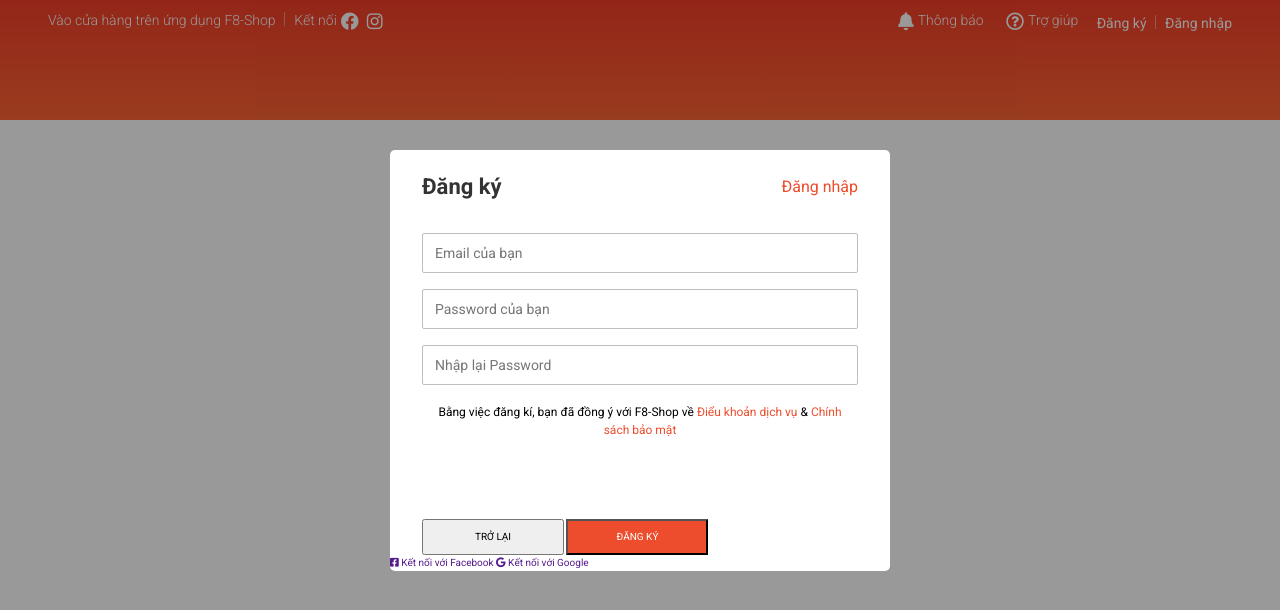
Repository: tvhoangit/tvhoangit.github.io
Page: Shoppe/index.html
These files come from the project's save history. The page is drawn as it stood at one moment and after the next save; the edit follows.
The browser window is 1280 px wide. The pictures show the whole page.

Above is the page before, as saved 2021-10-17 11:23:46.

After the next save:
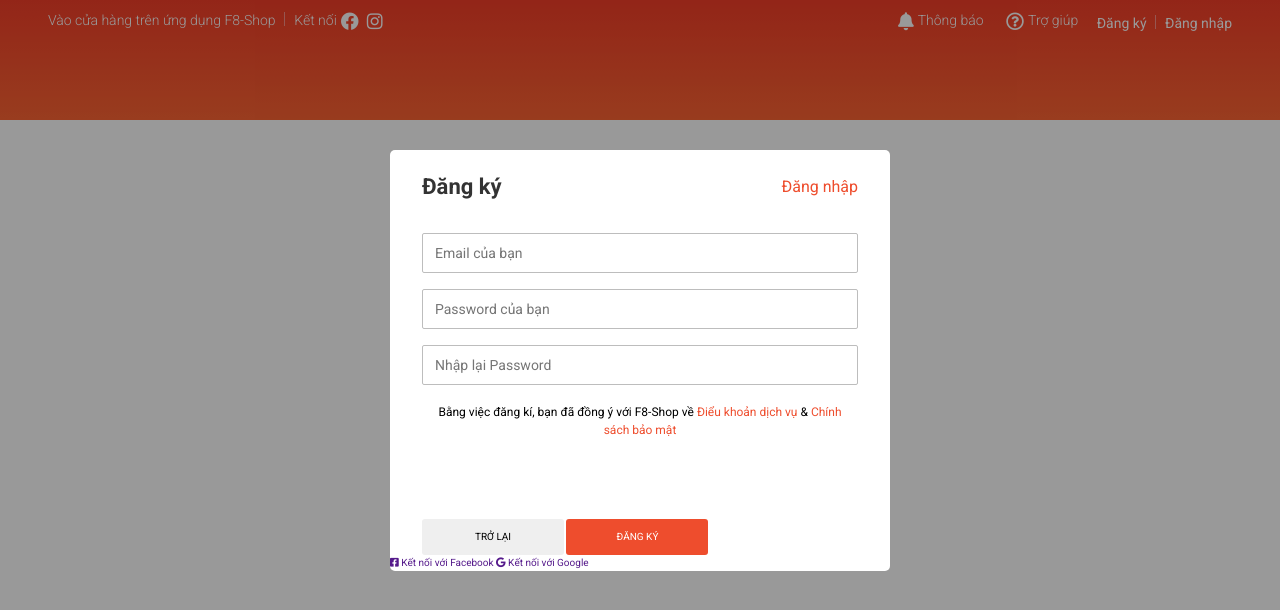
Saved 25 s later.
--- a/Shoppe/assets/css/base.css
+++ b/Shoppe/assets/css/base.css
@@ -69,6 +69,8 @@
     min-width: 142px;
     height: 36px;
     text-decoration: none;
+    border: none;
+    border-radius: 3px;
 }
 .btn.btn--primary {
     background-color: var(--primary-color);
